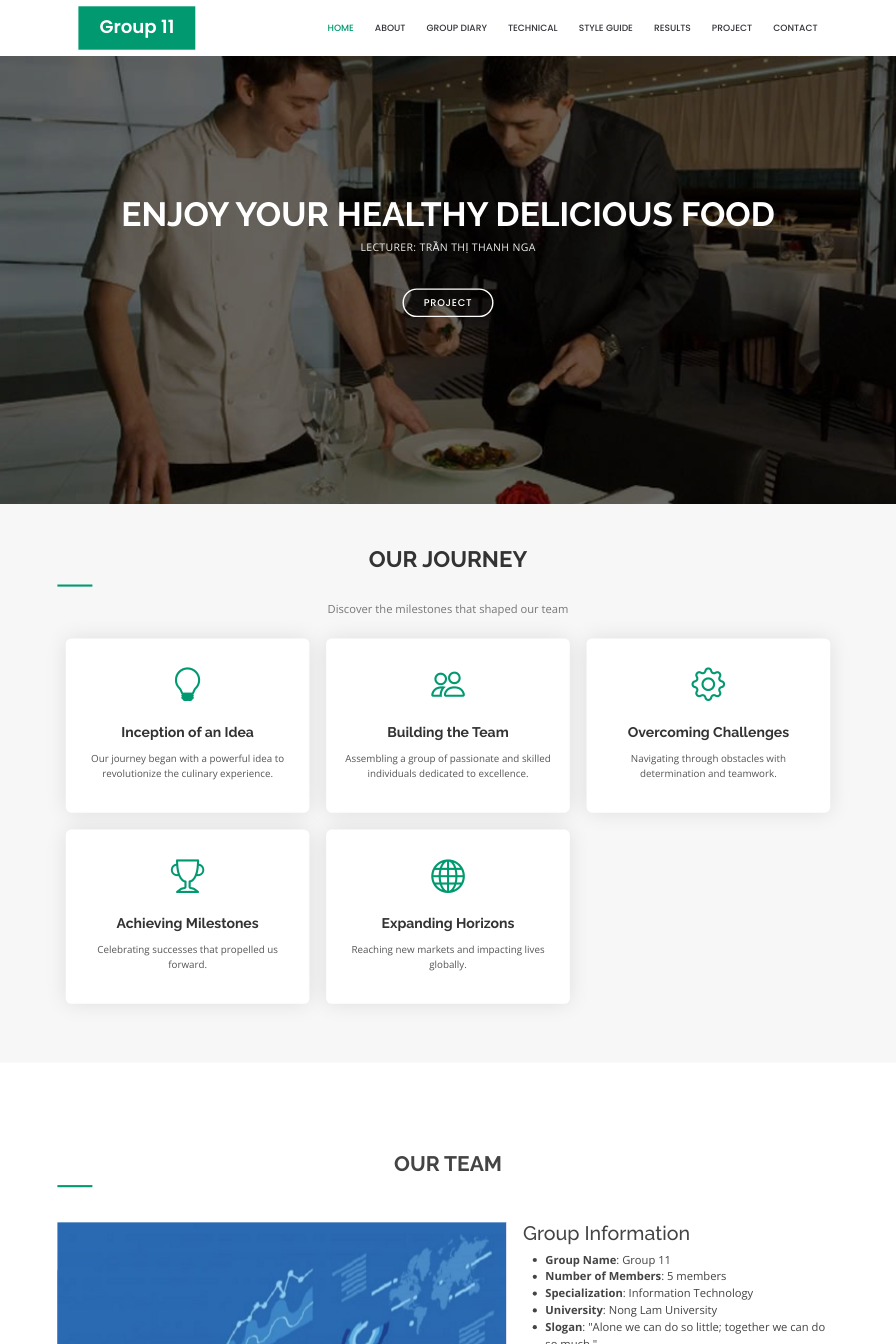
Repository: HoangKhangKhuPho4/Group_Web
Page: index.html
An editor plug-in stored every save of this project. The page is shown before and after the next save, followed by the edit.
The browser window is 1280 px wide. The pictures show the part of the page from y = 0 to 1920 px (the page is 2969 px tall before and 2827 px after), at 70% of full size.
Backgrounds fixed to the window are drawn as part of the page.

Above is the page before, as saved 2024-10-20 00:15:16.

After the next save:
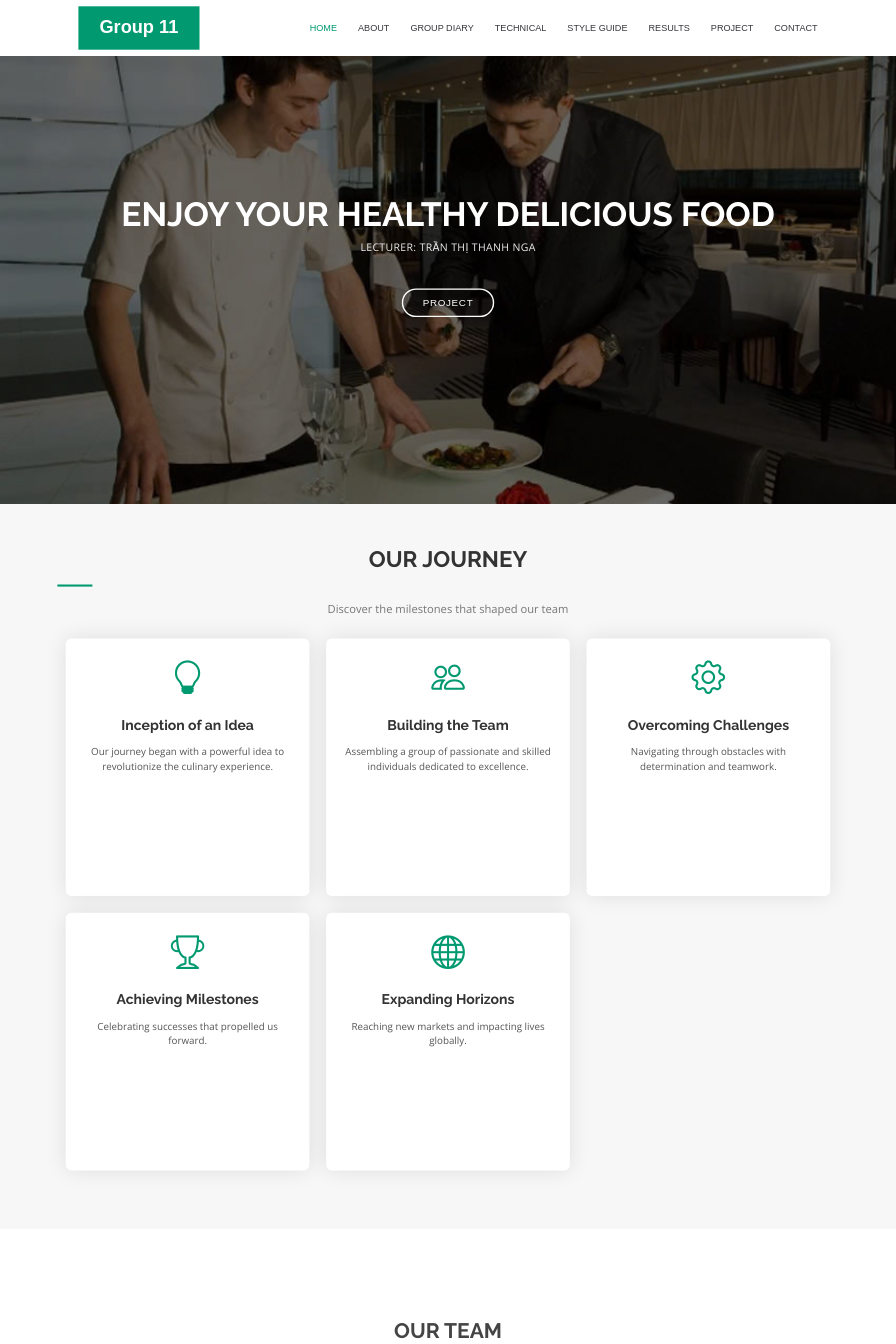
Saved 4 min 34 s later.
--- a/index.html
+++ b/index.html
@@ -15,7 +15,7 @@
 
   <!-- Google Fonts -->
   <link
-    href="https://fonts.googleapis.com/css?family=Open+Sans:300,300i,400,400i,600,600i,700,700i|Raleway:300,300i,400,400i,500,500i,600,600i,700,700i|Poppins:300,300i,400,400i,500,500i,600,600i"
+    href="https://fonts.googleapis.com/css?family=Open+Sans:300,300i,400,400i,600,600i,700,700i|Raleway:300,300i,400,400i,500,500i,600,600i,700,700i"
     rel="stylesheet">
 
   <!-- Vendor CSS Files -->
@@ -29,6 +29,88 @@
 
   <!-- Template Main CSS File -->
   <link href="assets/css/style.css" rel="stylesheet">
+
+  <!-- Custom CSS -->
+  <style>
+    /* CSS cho Our Journey */
+
+    .story-item {
+      background: #fff;
+      border-radius: 8px;
+      box-shadow: 0 0 30px rgba(0, 0, 0, 0.1);
+      transition: transform 0.3s;
+      position: relative;
+      width: 100%;
+      overflow: hidden;
+    }
+
+    .story-item:hover {
+      transform: translateY(-10px);
+    }
+
+    .story-item::before {
+      content: "";
+      display: block;
+      padding-top: 100%; /* Tạo hình vuông */
+    }
+
+    .story-item .icon-box {
+      position: absolute;
+      top: 0;
+      left: 0;
+      right: 0;
+      bottom: 0;
+      display: flex;
+      flex-direction: column;
+      justify-content: center; /* Căn giữa theo chiều dọc */
+      align-items: center; /* Căn giữa theo chiều ngang */
+      padding: 20px;
+    }
+
+    .story-item .icon {
+      margin-bottom: 20px;
+      font-size: 48px;
+      color: #009970;
+    }
+
+    .story-item .title {
+      font-size: 20px;
+      font-weight: 700;
+      margin-bottom: 15px;
+      color: #333;
+      text-align: center;
+    }
+
+    .story-item .description {
+      font-size: 14px;
+      color: #555;
+      text-align: center;
+    }
+
+    /* CSS cho Our Team */
+
+    .portfolio-details .portfolio-details-slider {
+      max-height: 400px; /* Giới hạn chiều cao slider */
+      overflow: hidden;
+    }
+
+    .portfolio-details .portfolio-details-slider img {
+      width: 100%;
+      height: auto;
+      max-height: 400px;
+      object-fit: cover;
+    }
+
+    @media (max-width: 768px) {
+      .portfolio-details .portfolio-details-slider {
+        max-height: 250px; /* Giảm chiều cao trên màn hình nhỏ */
+      }
+
+      .portfolio-details .portfolio-details-slider img {
+        max-height: 250px;
+      }
+    }
+  </style>
 
 </head>
 
@@ -90,68 +172,66 @@
             <div class="row">
 
               <!-- Story Item 1 -->
-              <div class="col-lg-4 col-md-6 mb-4 d-flex align-items-stretch">
-                <div class="story-item h-100 d-flex flex-column" data-aos="fade-up" data-aos-delay="100">
+              <div class="col-lg-4 col-md-6 mb-4">
+                <div class="story-item" data-aos="fade-up" data-aos-delay="100">
                   <div class="icon-box">
                     <div class="icon">
                       <i class="bi bi-lightbulb"></i>
                     </div>
                     <h4 class="title">Inception of an Idea</h4>
-                    <p class="description flex-grow-1">Our journey began with a powerful idea to revolutionize the culinary
-                      experience.</p>
+                    <p class="description">Our journey began with a powerful idea to revolutionize the culinary experience.</p>
                   </div>
                 </div>
               </div>
 
               <!-- Story Item 2 -->
-              <div class="col-lg-4 col-md-6 mb-4 d-flex align-items-stretch">
-                <div class="story-item h-100 d-flex flex-column" data-aos="fade-up" data-aos-delay="200">
+              <div class="col-lg-4 col-md-6 mb-4">
+                <div class="story-item" data-aos="fade-up" data-aos-delay="200">
                   <div class="icon-box">
                     <div class="icon">
                       <i class="bi bi-people"></i>
                     </div>
                     <h4 class="title">Building the Team</h4>
-                    <p class="description flex-grow-1">Assembling a group of passionate and skilled individuals dedicated to
-                      excellence.</p>
+                    <p class="description">Assembling a group of passionate and skilled individuals dedicated to excellence.</p>
                   </div>
                 </div>
               </div>
 
               <!-- Story Item 3 -->
-              <div class="col-lg-4 col-md-6 mb-4 d-flex align-items-stretch">
-                <div class="story-item h-100 d-flex flex-column" data-aos="fade-up" data-aos-delay="300">
+              <div class="col-lg-4 col-md-6 mb-4">
+                <div class="story-item" data-aos="fade-up" data-aos-delay="300">
                   <div class="icon-box">
                     <div class="icon">
                       <i class="bi bi-gear"></i>
                     </div>
                     <h4 class="title">Overcoming Challenges</h4>
-                    <p class="description flex-grow-1">Navigating through obstacles with determination and teamwork.</p>
+                    <p class="description">Navigating through obstacles with determination and teamwork.</p>
                   </div>
                 </div>
               </div>
 
               <!-- Story Item 4 -->
-              <div class="col-lg-4 col-md-6 mb-4 d-flex align-items-stretch">
-                <div class="story-item h-100 d-flex flex-column" data-aos="fade-up" data-aos-delay="400">
+              <div class="col-lg-4 col-md-6 mb-4">
+                <div class="story-item" data-aos="fade-up" data-aos-delay="400">
                   <div class="icon-box">
                     <div class="icon">
                       <i class="bi bi-trophy"></i>
                     </div>
                     <h4 class="title">Achieving Milestones</h4>
-                    <p class="description flex-grow-1">Celebrating successes that propelled us forward.</p>
+                    <p class="description">Celebrating successes that propelled us forward.</p>
                   </div>
                 </div>
               </div>
 
               <!-- Story Item 5 -->
-              <div class="col-lg-4 col-md-6 mb-4 d-flex align-items-stretch">
-                <div class="story-item h-100 d-flex flex-column" data-aos="fade-up" data-aos-delay="500">
+              <div class="col-lg-4 col-md-6 mb-4">
+                <div class="story-item" data-aos="fade-up" data-aos-delay="500">
                   <div class="icon-box">
                     <div class="icon">
                       <i class="bi bi-globe"></i>
                     </div>
                     <h4 class="title">Expanding Horizons</h4>
-                    <p class="description flex-grow-1">Reaching new markets and impacting lives globally.</p>
+                    <p class="description">Reaching new markets and impacting lives globally.</p>
                   </div>
                 </div>
               </div>
@@ -172,7 +252,7 @@
 
           <div class="row gy-4">
 
-            <div class="col-lg-7">
+            <div class="col-lg-6">
               <div class="portfolio-details-slider swiper">
                 <div class="swiper-wrapper align-items-center">
 
@@ -193,7 +273,7 @@
               </div>
             </div>
 
-            <div class="col-lg-5">
+            <div class="col-lg-6">
               <div class="portfolio-info">
                 <h3>Group Information</h3>
                 <ul>
